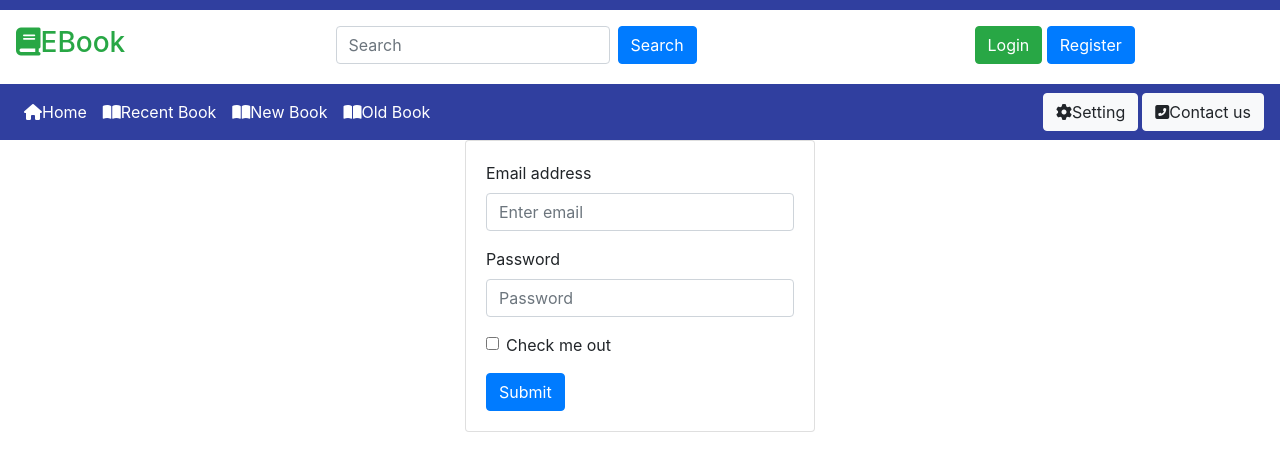
Repository: DaoThanhLam/eProjectKy4
Page: http://localhost/bookma_pro/login.jsp
The author's editor kept a copy of each file at every save. The page is drawn from the files as they stood at one save, then again after the next save.
The browser window is 1280 px wide. The pictures show the whole page.
Some web libraries are served in a nearby version. The page is served by Tomcat 9.

Above is the page before, as saved 2024-11-16 08:09:00.

After the next save:
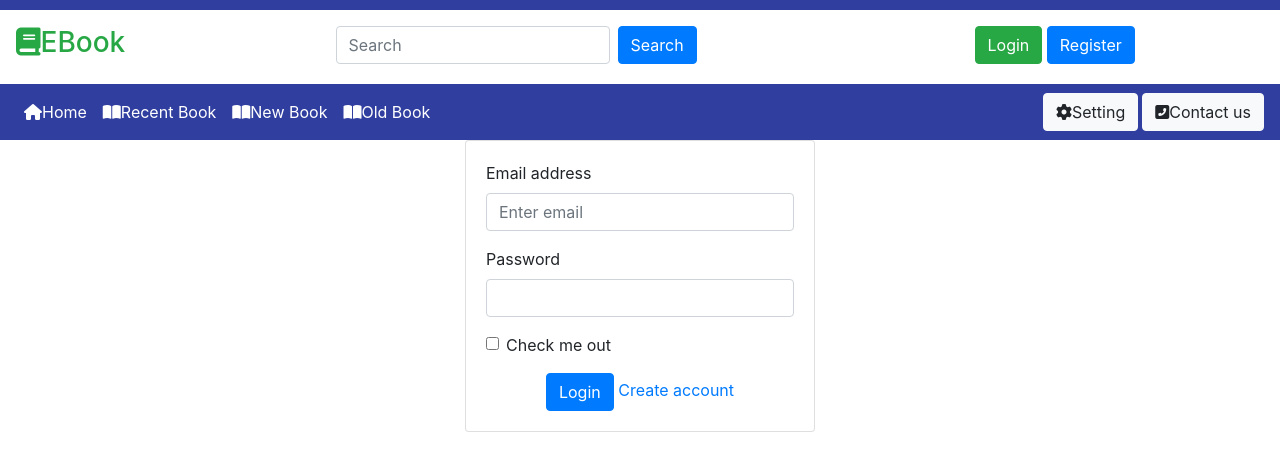
Saved 19 min 44 s later.
--- a/bookma_pro/src/main/webapp/login.jsp
+++ b/bookma_pro/src/main/webapp/login.jsp
@@ -22,13 +22,16 @@
   						</div>
   						<div class="form-group">
     						<label for="exampleInputPassword1">Password</label>
-    						<input type="password" class="form-control" id="exampleInputPassword1" placeholder="Password">
+    						<input type="password" class="form-control" id="exampleInputPassword1">
   						</div>
   						<div class="form-group form-check">
     						<input type="checkbox" class="form-check-input" id="exampleCheck1">
     						<label class="form-check-label" for="exampleCheck1">Check me out</label>
   						</div>
-  						<button type="submit" class="btn btn-primary">Submit</button>
+  						<div class="text-center">
+  							<button type="submit" class="btn btn-primary">Login</button>
+  							<a href="register.jsp">Create account</a>
+  						</div>
 					</form>
 				</div>
 			</div>
